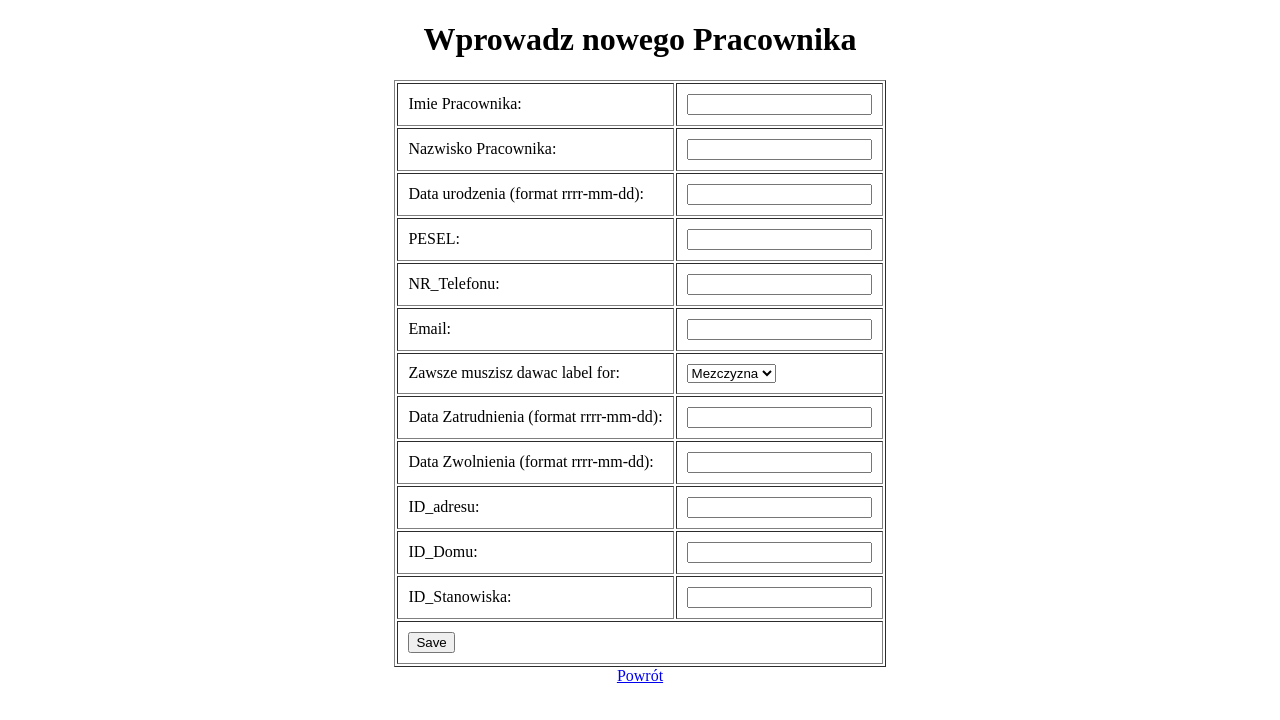
Repository: marcinRuta/houseOfCulture-crud-webapp-database
Page: http://localhost/new_pracownicy
The author's editor kept a copy of each file at every save. The page is drawn from the files as they stood at one save, then again after the next save.
The browser window is 1280 px wide. The pictures show the whole page.
The page is this project's Thymeleaf template; nobody is signed in. The template is opened directly, without the code that normally fills it, so the values that code supplies are empty.

Above is the page before, as saved 2020-12-29 20:18:22.

After the next save:
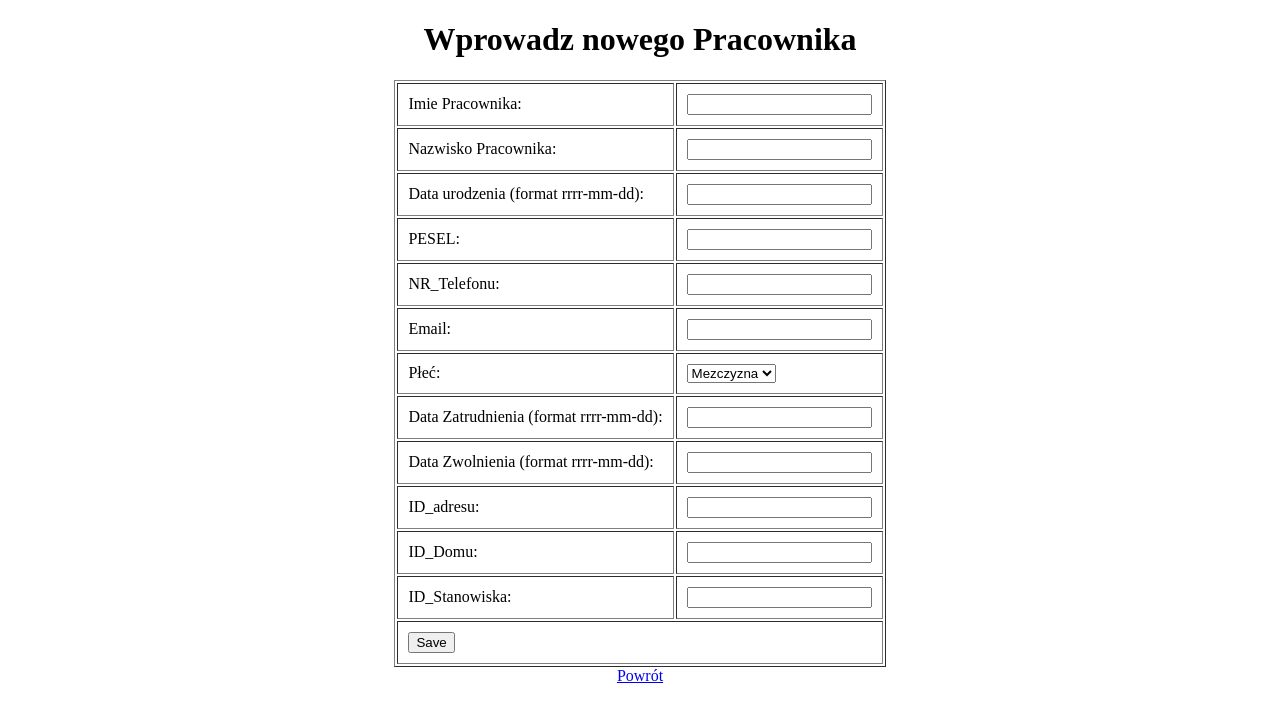
Saved 2 min 59 s later.
--- a/DomKultury/src/main/resources/templates/new_pracownicy.html
+++ b/DomKultury/src/main/resources/templates/new_pracownicy.html
@@ -62,8 +62,7 @@
 				<!-- Table 7th row -->
 
 				<tr>
-					<td><label for="tu_dla_jakiego_id">Zawsze muszisz
-							dawac label for:</label></td>
+					<td><label for="tu_dla_jakiego_id">Płeć:</label></td>
 					<td><select th:field="*{Plec}" id="tu_dla_jakiego_id">
 							<option value="Mezczyzna">Mezczyzna</option>
 							<option value="Kobieta">Kobieta</option>
